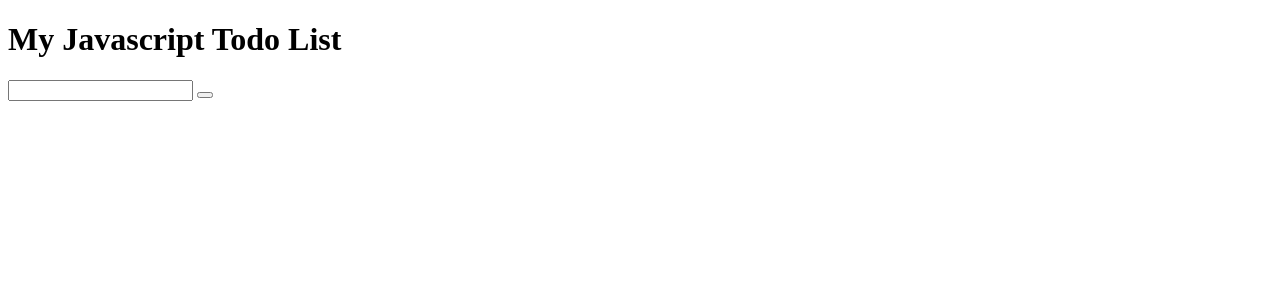
Repository: LuisMiLR/JavaScript-Todo-List
Page: index.html
An editor plug-in stored every save of this project. The page is shown before and after a run of saves, followed by the edit.
The browser window is 1280 px wide. The pictures show the whole page.

Above is the page before, as saved 2023-05-01 13:12:19.

After the next 2 saves:
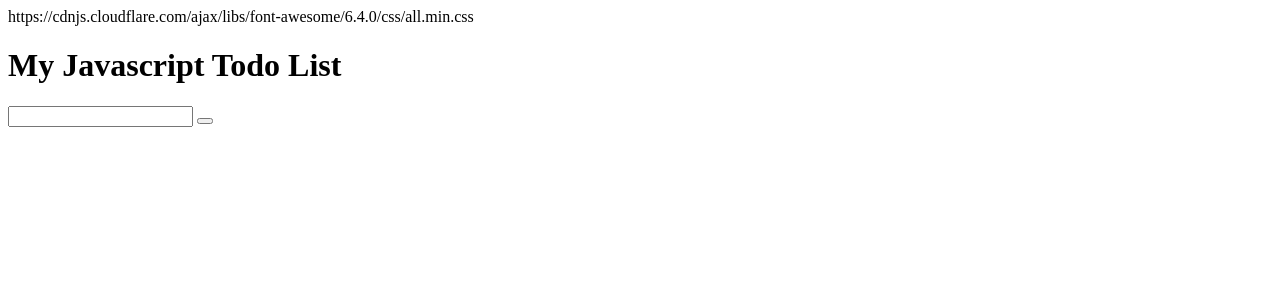
The 2 saves are shown as one change because they came seconds apart.
The last was saved 26 s later.
--- a/index.html
+++ b/index.html
@@ -7,7 +7,7 @@
     <title>My Javascript Todo List</title>
     <link rel="stylesheet" href="style.css">
     <link href="https://fonts.googleapis.com/css2?family=Orbitron:wght@400;700&family=Poppins:wght@200;400&display=swap" rel="stylesheet">
-
+    https://cdnjs.cloudflare.com/ajax/libs/font-awesome/6.4.0/css/all.min.css
 </head>
 <body>
 

After the 2 saves that followed:
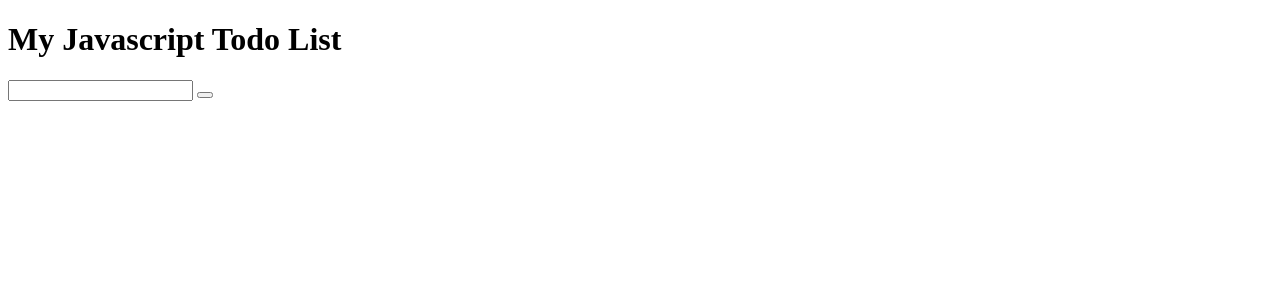
The 2 saves are shown as one change because they came seconds apart.
The last was saved 17 s later.
--- a/index.html
+++ b/index.html
@@ -7,7 +7,7 @@
     <title>My Javascript Todo List</title>
     <link rel="stylesheet" href="style.css">
     <link href="https://fonts.googleapis.com/css2?family=Orbitron:wght@400;700&family=Poppins:wght@200;400&display=swap" rel="stylesheet">
-    https://cdnjs.cloudflare.com/ajax/libs/font-awesome/6.4.0/css/all.min.css
+
 </head>
 <body>
 
